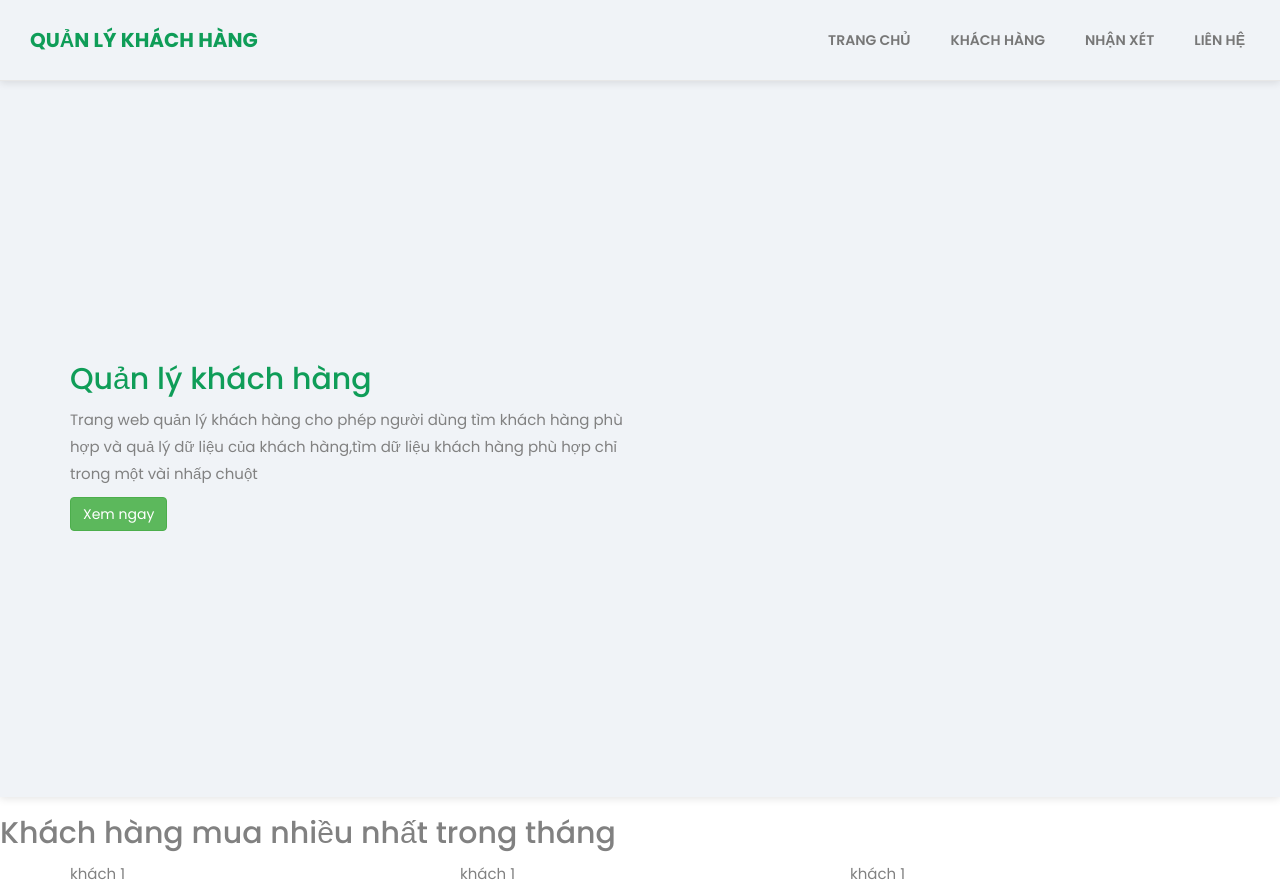
Repository: huutien1904/bt2-ltw
Page: index.html
An editor plug-in stored every save of this project. The page is shown before and after the next save, followed by the edit.
The browser window is 1280 px wide. The pictures show the whole page.

Above is the page before, as saved 2021-11-04 00:31:58.

### index.html
<!DOCTYPE html>
<html lang="en">
<head>
    <meta charset="UTF-8">
    <meta http-equiv="X-UA-Compatible" content="IE=edge">
    <meta name="viewport" content="width=device-width, initial-scale=1.0">
    <title>Quản Lý Khách Hàng</title>
    <link rel="stylesheet" href="https://maxcdn.bootstrapcdn.com/bootstrap/3.4.1/css/bootstrap.min.css">
    <link href="https://fonts.googleapis.com/css?family=Montserrat" rel="stylesheet" type="text/css">
    <link href="https://fonts.googleapis.com/css?family=Lato" rel="stylesheet" type="text/css">
    <!-- style -->
    <link rel="stylesheet" href="./style.css">
    <!-- font Poppins -->
    <link rel="preconnect" href="https://fonts.googleapis.com">
    <link rel="preconnect" href="https://fonts.gstatic.com" crossorigin>
    <link href="https://fonts.googleapis.com/css2?family=Poppins:wght@100;200;300;400;500;600;700;800;900&display=swap" rel="stylesheet">
    <!-- javacript boostrap -->
    <script src="https://ajax.googleapis.com/ajax/libs/jquery/3.5.1/jquery.min.js"></script>
    <script src="https://maxcdn.bootstrapcdn.com/bootstrap/3.4.1/js/bootstrap.min.js"></script>
</head>
<body>
  <!-- navbar -->
    <nav class="navbar navbar-default navbar-fixed-top">
        <div class="container-fluid ">
          <div class="navbar-header">
            <button type="button" class="navbar-toggle" data-toggle="collapse" data-target="#myNavbar">
              <span class="icon-bar"></span>
              <span class="icon-bar"></span>
              <span class="icon-bar"></span>
            </button>
            <a class="navbar-brand" href="#myPage">QUẢN LÝ KHÁCH HÀNG</a>
          </div>
          <div class="collapse navbar-collapse" id="myNavbar">
            <ul class="nav navbar-nav navbar-right">
              <li class="active_nav"><a href="#home">TRANG CHỦ</a></li>
              <li ><a href="#customer">KHÁCH HÀNG</a></li>
              <li><a href="#comment">NHẬN XÉT</a></li>
              <li><a href="#contact">LIÊN HỆ</a></li>
            </ul>
          </div>
        </div>
    </nav>
  <!-- end navbar -->
  <!-- trang chủ -->
  <section
    id="home"
    >
    <div class="container">
      <div class="row">
        <div class="col-md-6 col-xs-12 ">
          <div class="">
            <h2 class="slogan">Quản lý khách hàng</h2>
            <p class="">
              Trang web quản lý khách hàng cho phép người dùng tìm khách hàng phù hợp và quả lý dữ liệu của khách hàng,tìm dữ liệu khách hàng phù hợp chỉ trong một vài nhấp chuột
            </p>
            <div class="left-to-right play-on-scroll delay-4">
              <button type="button" class="btn btn-success">Xem ngay</button>
            </div>
          </div>
        </div>
      </div>
    </div>
  </section>
  <!-- end trang chủ -->

  <!-- khách hàng -->
  <section id="customer">
    <h2 class="title_customer">Khách hàng mua nhiều nhất trong tháng</h2>
    <div class="container">
      <div class="row">
        <div class="col-md-4 col-sm-12">
          khách 1
        </div>
        <div class="col-md-4 col-sm-12">
          khách 1

        </div>
        <div class="col-md-4 col-sm-12">
          khách 1

        </div>
      </div>
    </div>
  </section>
  <!-- end khách hàng -->
  <!--  Nhận xét-->
  <section id="comment">

  </section>
  <!-- liên hệ -->
  <section id="contact">

  </section>
</body>
</html>

### style.css
*{
  font-family: 'Poppins', sans-serif;
}

:root {
  --primary-color: #0f9d58;
  --backgound-color: #f0f3f7;
  --secon-color: #9da2ad;
  --grey: #7a7a7a;
  --white: #ffffff;
}
body {
  font: 400 15px Lato, sans-serif;
  line-height: 1.8;
  color: #818181;
}
.navbar-default{
  padding: 15px;
  background-color: var(--backgound-color);
  box-shadow: 0 2px 8px rgb(0 0 0 / 10%);
}
.navbar-brand{
  font-weight: 700;
  font-size: 20px;
  color: var(--primary-color) !important;

}
.navbar-right li{
  font-size: 14px;
  font-weight: 600;
  margin: 0 5px;
  /* padding:5px; */
}
.navbar-right li:hover{
  background-color: var(--primary-color);
  border-radius: 15px;
  color: white !important;
}
#home{
  margin-top: 77px;
  height: 100vh;
  display: flex;
  justify-content: center;
  align-items: center;
  background-color: var(--backgound-color);
  box-shadow: 0 2px 8px rgb(0 0 0 / 10%);
}
.slogan{
  color: var(--primary-color);
}
/* .active_nav{
  background-color: var(--primary-color);
  border-radius: 15px;
} */

After the next save:
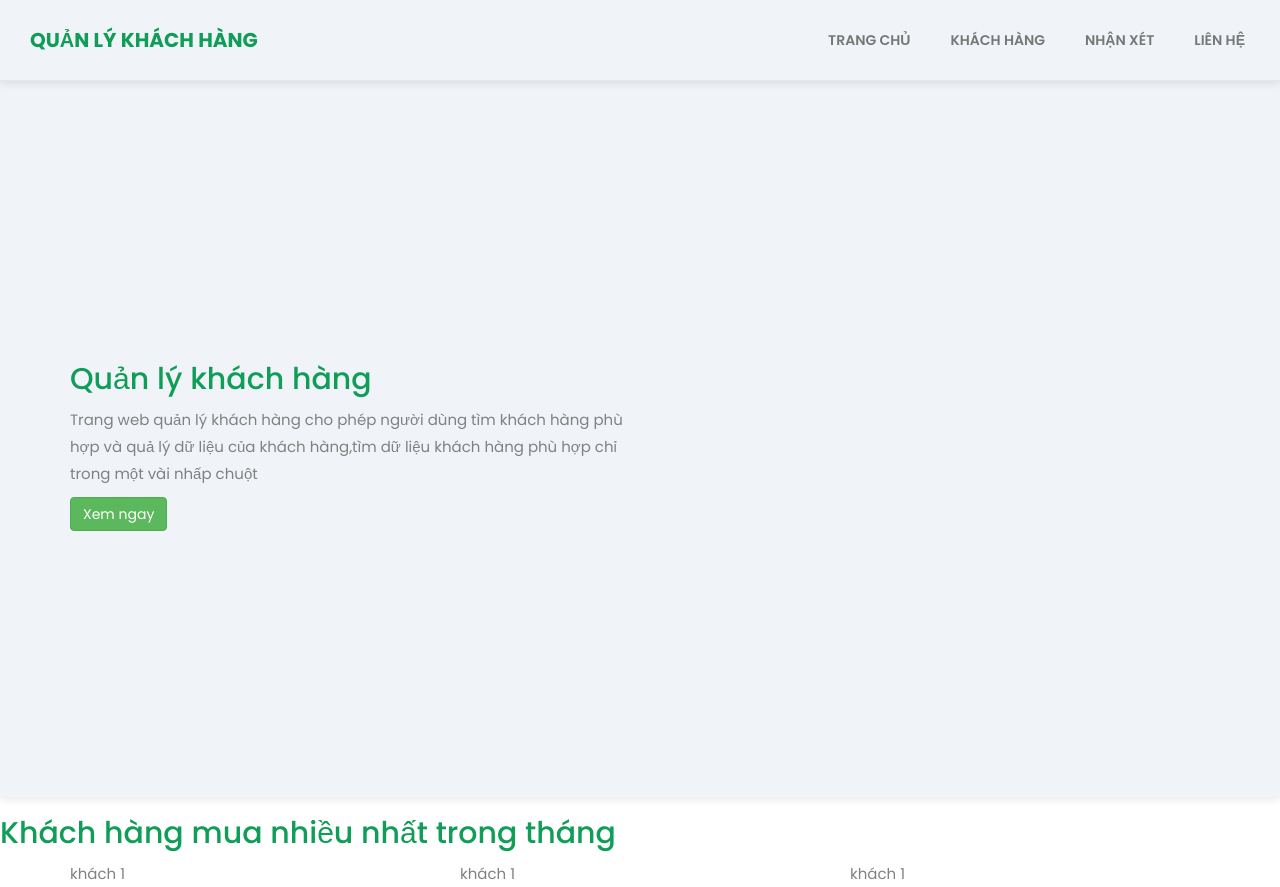
Saved 18 s later.
--- a/style.css
+++ b/style.css
@@ -48,6 +48,9 @@ body {
 .slogan{
   color: var(--primary-color);
 }
+.title_customer{
+  color: var(--primary-color);
+}
 /* .active_nav{
   background-color: var(--primary-color);
   border-radius: 15px;
